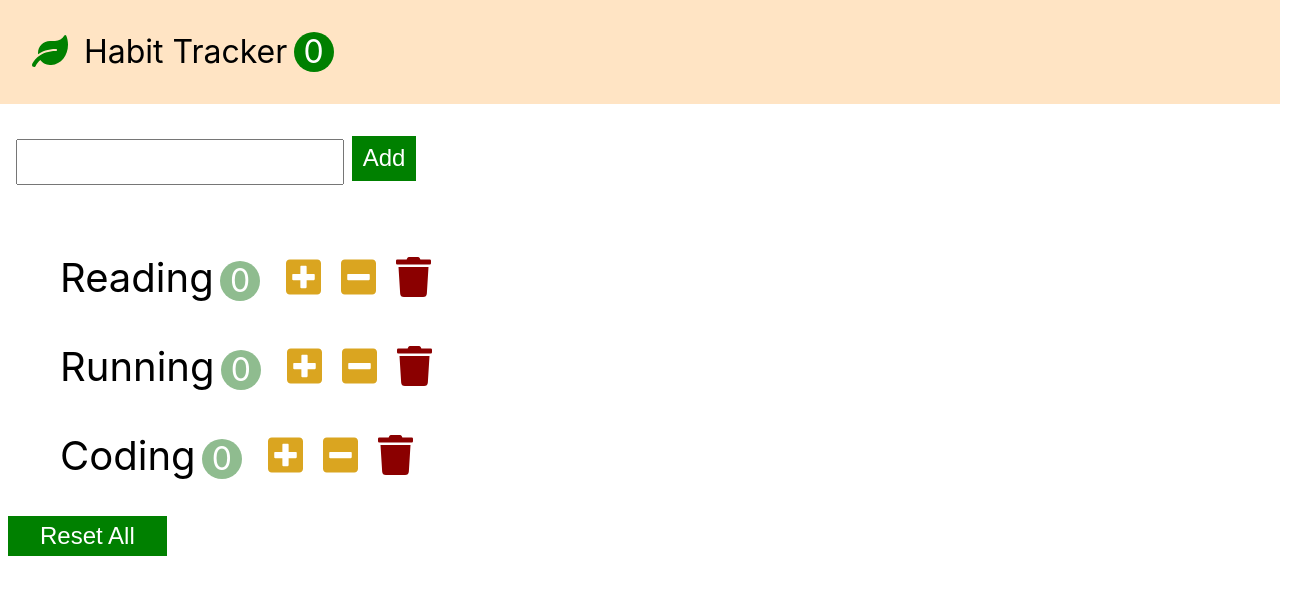
Repository: keehoonjung/react-habit-tracker
Page: / (app in react/habit-tracker/)
The author's editor kept a copy of each file at every save. The page is drawn from the files as they stood at one save, then again after the next save.
The browser window is 1280 px wide. The page is 1312 px wide, then 1280 px, so the pictures cover 1312 px, including what lies to the right of the window. The pictures show the whole page.
The project was rebuilt for these pictures with package versions that can differ from the ones it lists, and the page was loaded fresh each time.

Above is the page before, as saved 2021-08-30 19:24:08.

After the next save:
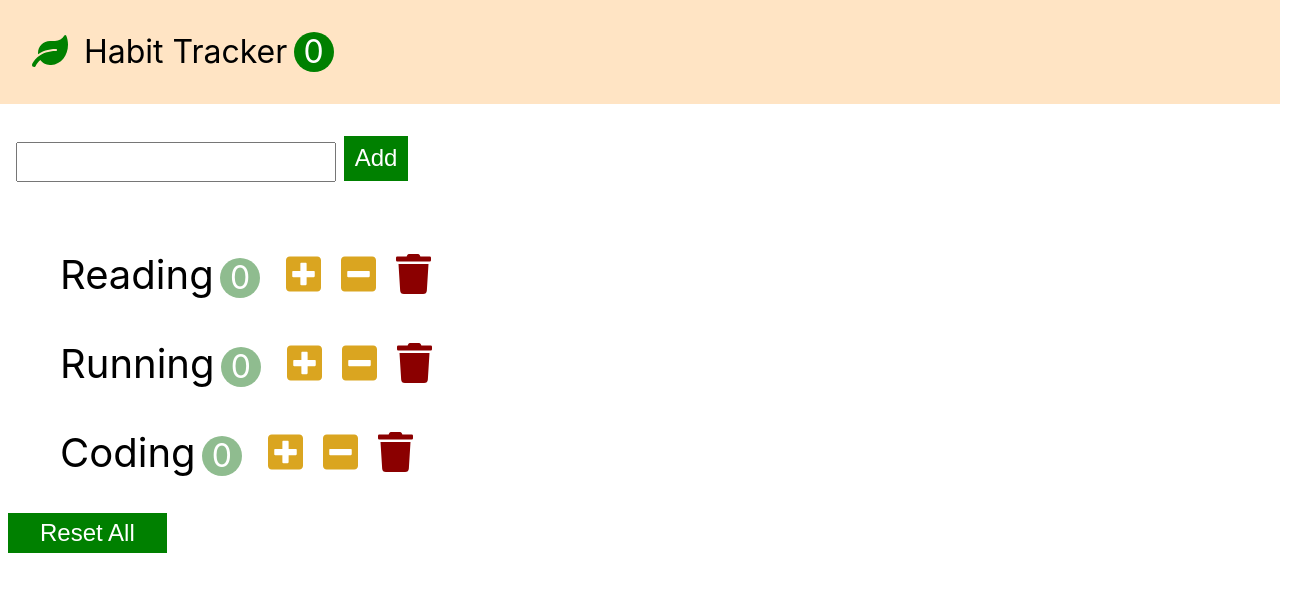
Saved 69 s later.
--- a/react/habit-tracker/src/app.css
+++ b/react/habit-tracker/src/app.css
@@ -1,3 +1,6 @@
+* {
+  box-sizing: border-box;
+}
 button {
   outline: none;
   border: 0;
